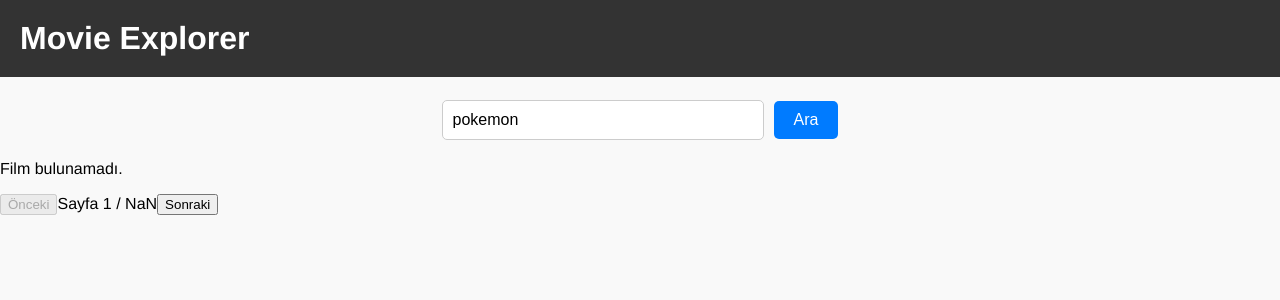
Repository: denizdizi/movie-explorer
Page: /
An editor plug-in stored every save of this project. The page is shown before and after the next save, followed by the edit.
The browser window is 1280 px wide. The pictures show the whole page.
The page's requests for data from a server got no answer. The project was rebuilt for these pictures with package versions that can differ from the ones it lists, and the page was loaded fresh each time. No one was signed in, and anything a server would have sent is missing. Also part of the build but not shown: src/App.css, src/components/MovieCard.js.

Above is the page before, as saved 2025-03-28 13:37:11.

After the next save:
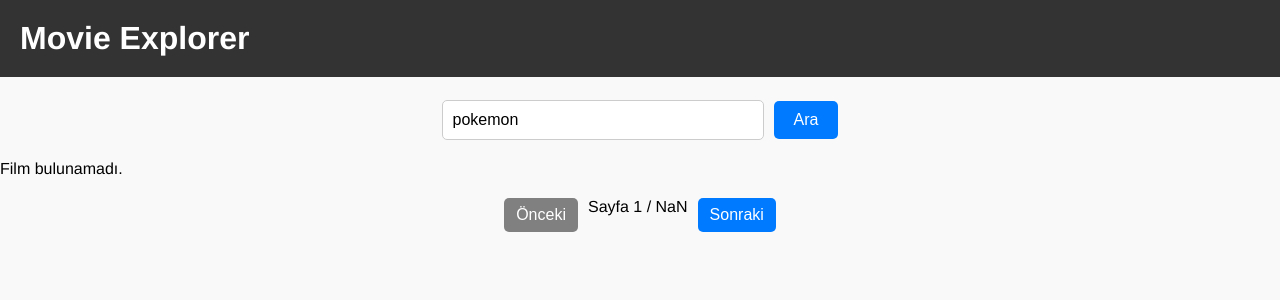
Saved 2 min 4 s later.
--- a/src/styles/global.scss
+++ b/src/styles/global.scss
@@ -149,3 +149,25 @@ body {
     align-items: center;
     z-index: 9999; /* Diğer içeriklerin üstünde olmalı */
   }
+
+  .pagination {
+    display: flex;
+    justify-content: center;
+    gap: 10px;
+    margin: 20px 0;
+
+    button {
+      padding: 8px 12px;
+      font-size: 16px;
+      cursor: pointer;
+      border: none;
+      background: #007bff;
+      color: white;
+      border-radius: 5px;
+
+      &:disabled {
+        background: gray;
+        cursor: not-allowed;
+      }
+    }
+  }
